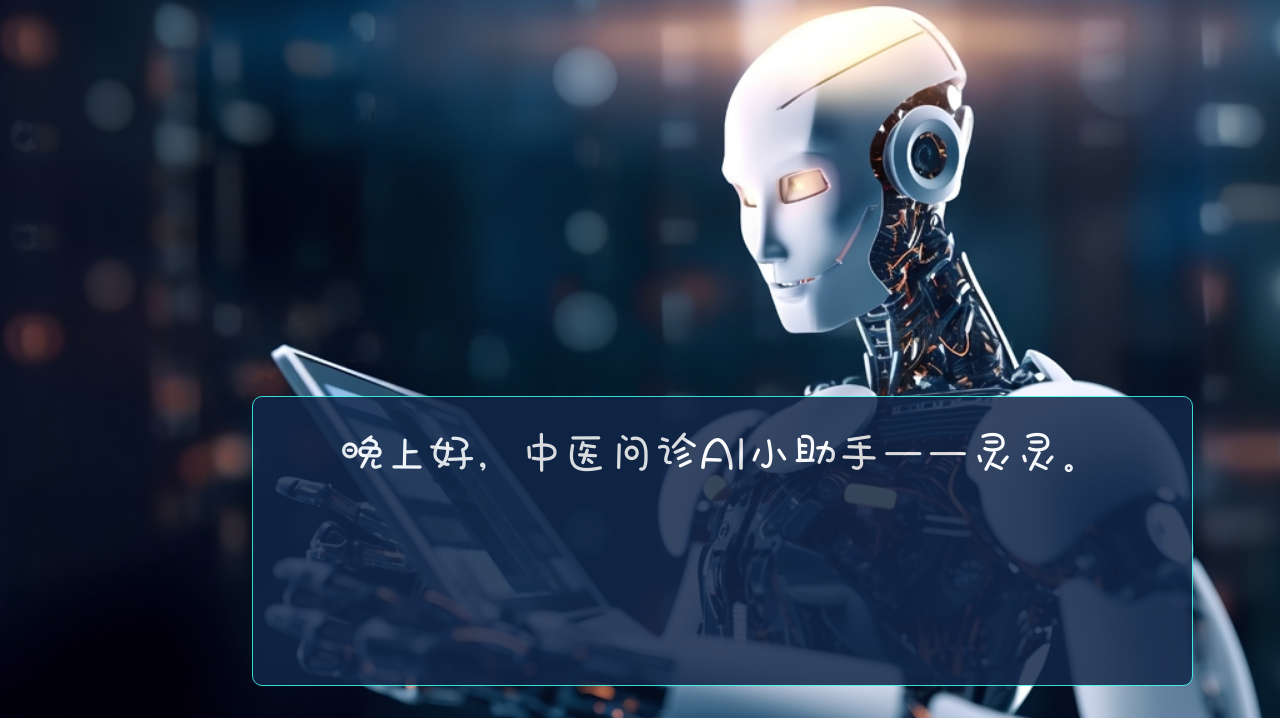
Repository: chjyume/zhongyi
Page: index3.html
An editor plug-in stored every save of this project. The page is shown before and after the next save, followed by the edit.
The browser window is 1280 px wide. The page is 1288 px wide, so the pictures cover 1288 px, including what lies to the right of the window. The pictures show the whole page.

Above is the page before, as saved 2023-08-30 21:33:36.

After the next save:
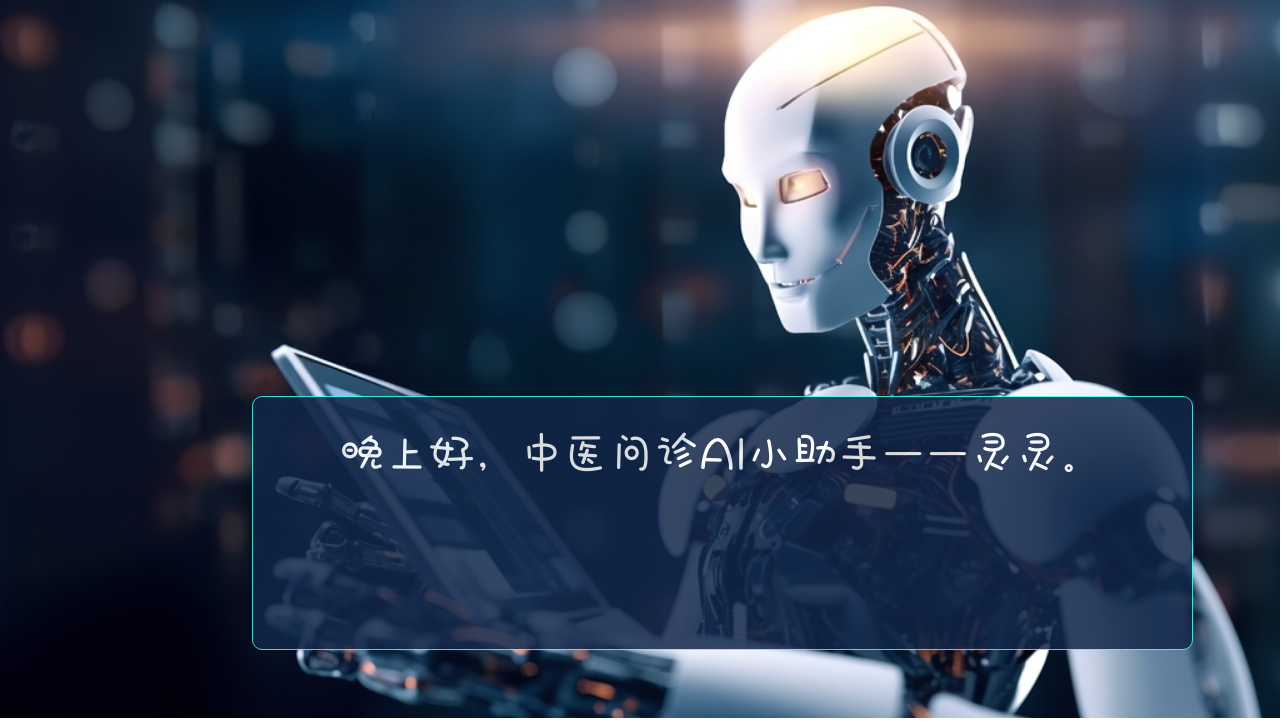
Saved 10 s later.
--- a/css/index3.css
+++ b/css/index3.css
@@ -1,5 +1,5 @@
 #textDiv {
-    height: 30vh;
+    height: 25vh;
     position: fixed;
     padding: 5vh 3vh;
     font-family:HYLeMiaoTi;
